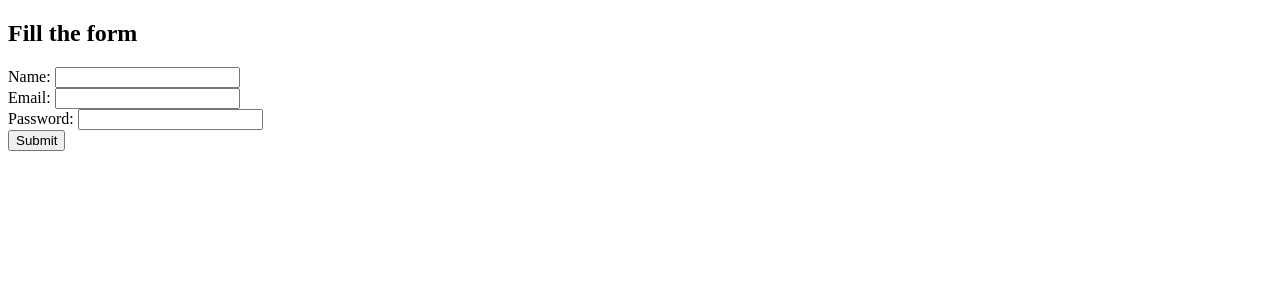
Repository: Haakim19/WebDevelopment
Page: Main.html
These files come from the project's save history. The page is drawn as it stood at one moment and after the next save; the edit follows.
The browser window is 1280 px wide. The pictures show the whole page.

Above is the page before, as saved 2024-10-02 14:13:40.

### Main.html
<!DOCTYPE html>
<html lang="en">
<head>
    <meta charset="UTF-8">
    <meta name="viewport" content="width=device-width, initial-scale=1.0">
    <link rel="stylesheet" href="Main.css">
    <title>Web Development Module</title>
</head>
<body>
    <div class="form">
        <form action="">
            <h2>Fill the form</h2>
            <label for="name">Name:</label>
            <input type="text" name="name" id="name" required>
            <br>
            <label for="email">Email:</label>
            <input type="email" name="email" id="email" required>
            <br>
            <label for="password">Password:</label>
            <input type="password" name="password" id="password" required>
            <br>
            <button type="submit">Submit</button>
        </form>
    </div>

</body>
</html>

### Main.css
.body{
    background-color: #e30e0e;
    font-family: monospace;
    margin: 0;
    padding: 0;
}

After the next save:
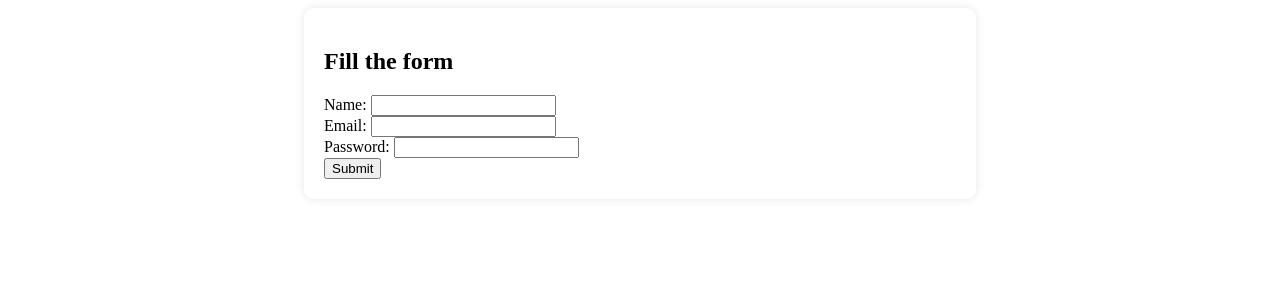
Saved 18 s later.
--- a/Main.css
+++ b/Main.css
@@ -4,3 +4,11 @@
     margin: 0;
     padding: 0;
 }
+.form{
+    background-color: #fff;
+    width: 50%;
+    margin: 0 auto;
+    padding: 20px;
+    border-radius: 10px;
+    box-shadow: 0 0 10px rgba(0, 0, 0, 0.1);
+}
